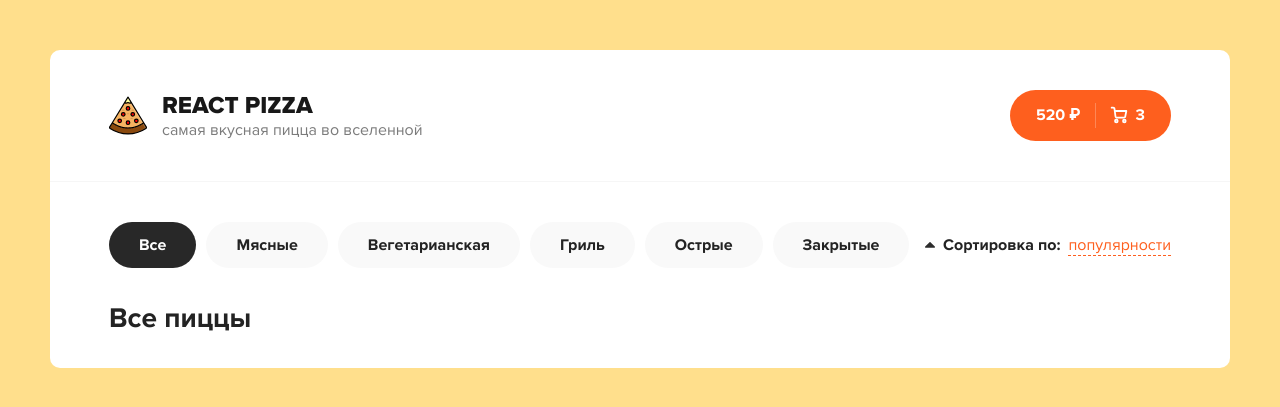
Repository: Danyil-man/online-pizzeria
Page: /
An editor plug-in stored every save of this project. The page is shown before and after a run of saves, followed by the edit.
The browser window is 1280 px wide. The pictures show the whole page.
The page's requests for data from a server got no answer. The project was rebuilt for these pictures with package versions that can differ from the ones it lists, and the page was loaded fresh each time. No one was signed in, and anything a server would have sent is missing. Also part of the build but not shown: src/pages/cart/Cart.tsx, src/components/pizzaItem/PizzaItem.tsx.

Above is the page before, as saved 2022-02-07 13:45:33.

### public/index.html
<!DOCTYPE html>
<html lang="en">

<head>
  <meta charset="utf-8" />
  <link rel="icon" href="%PUBLIC_URL%/favicon.ico" />
  <meta name="viewport" content="width=device-width, initial-scale=1" />
  <meta name="theme-color" content="#000000" />
  <meta name="description" content="Web site created using create-react-app" />
  <link rel="apple-touch-icon" href="%PUBLIC_URL%/logo192.png" />
  <!--
      manifest.json provides metadata used when your web app is installed on a
      user's mobile device or desktop. See https://developers.google.com/web/fundamentals/web-app-manifest/
    -->
  <link rel="manifest" href="%PUBLIC_URL%/manifest.json" />
  <!--
      Notice the use of %PUBLIC_URL% in the tags above.
      It will be replaced with the URL of the `public` folder during the build.
      Only files inside the `public` folder can be referenced from the HTML.

      Unlike "/favicon.ico" or "favicon.ico", "%PUBLIC_URL%/favicon.ico" will
      work correctly both with client-side routing and a non-root public URL.
      Learn how to configure a non-root public URL by running `npm run build`.
    -->
  <title>React Pizza</title>
</head>

<body>
  <noscript>You need to enable JavaScript to run this app.</noscript>
  <div id="root"></div>
  <!--
      This HTML file is a template.
      If you open it directly in the browser, you will see an empty page.

      You can add webfonts, meta tags, or analytics to this file.
      The build step will place the bundled scripts into the <body> tag.

      To begin the development, run `npm start` or `yarn start`.
      To create a production bundle, use `npm run build` or `yarn build`.
    -->
</body>

</html>

### src/index.tsx
import React from 'react';
import ReactDOM from 'react-dom';
import { Provider } from 'react-redux';
import App from './App';
import reportWebVitals from './reportWebVitals';
import './scss/app.scss'
import store from './store/reduxStore';

ReactDOM.render(
  <React.StrictMode>
    <Provider store={store}>
      <App />
    </Provider>
  </React.StrictMode>,
  document.getElementById('root')
);

reportWebVitals();

### src/App.tsx
import React from 'react';
import Routing from './routing';


const App = () => {
  return (
    <div className="wrapper">
      <div className="content">
        <Routing />
      </div>
    </div>
  );
}

export default App;

### src/scss/app.scss
@import "fonts";
@import "variables";
@import "libs/normalize";

@import "components/all";

body {
  background-color: $background;
}

.wrapper {
  width: calc(100vw - 100px);
  height: 100%;
  background-color: #fff;
  margin: 50px auto;
  border-radius: 10px;
  max-width: 1400px;
}

.content {
  &__title {
    margin: 35px 0;
  }

  &__items {
    display: flex;
    flex-wrap: wrap;
    justify-content: space-between;
  }

  &__top {
    display: flex;
    align-items: center;
    justify-content: space-between;
  }
}

.container {
  width: $container-width;
  margin: 0 auto;

  &--cart {
    max-width: 820px;
    margin: 90px auto;
    .content__title {
      margin: 0;
    }
  }
}

.cart {
  &__top {
    display: flex;
    justify-content: space-between;
    align-items: center;
  }

  .content__title {
    display: flex;
    align-items: center;
    font-size: 32px;

    svg {
      position: relative;
      top: -2px;
      width: 30px;
      height: 30px;
      margin-right: 10px;
      path {
        stroke: $black;
        stroke-width: 1.9;
      }
    }
  }

  &__clear {
    display: flex;
    align-items: center;
    cursor: pointer;
    @include noselect();

    span {
      display: inline-block;
      margin-left: 7px;
      color: #b6b6b6;
      font-size: 18px;
    }

    span,
    svg,
    path {
      transition: all $duration ease-in-out;
    }

    &:hover {
      svg {
        path {
          stroke: darken($color: #b6b6b6, $amount: 50);
        }
      }
      span {
        color: darken($color: #b6b6b6, $amount: 50);
      }
    }
  }

  &__item {
    display: flex;
    width: 100%;
    border-top: 1px solid $gray-line;
    padding-top: 30px;
    margin-top: 30px;

    &-img {
      display: flex;
      align-items: center;
      margin-right: 15px;
      width: 10%;

      img {
        width: 80px;
        height: 80px;
      }
    }

    &-info {
      display: flex;
      flex-direction: column;
      justify-content: center;
      width: 40%;

      h3 {
        font-weight: bold;
        font-size: 22px;
        line-height: 27px;
        letter-spacing: 0.01em;
      }

      p {
        font-size: 18px;
        color: #8d8d8d;
      }
    }

    &-count {
      display: flex;
      align-items: center;
      justify-content: space-between;
      width: 13%;

      &-minus {
        svg {
          path:first-of-type {
            display: none;
          }
        }
      }

      b {
        font-size: 22px;
      }
    }

    &-price {
      display: flex;
      align-items: center;
      justify-content: center;
      width: 33%;

      b {
        font-weight: bold;
        font-size: 22px;
        letter-spacing: 0.01em;
      }
    }

    &-remove {
      display: flex;
      align-items: center;
      justify-content: flex-end;
      width: 4%;

      .button {
        border-color: darken($color: $gray-line, $amount: 10);
      }

      svg {
        transform: rotate(45deg);

        path {
          fill: darken($color: $gray-line, $amount: 15);
        }
      }

      .button {
        svg {
          width: 11.5px;
          height: 11.5px;
          position: relative;
        }
        &:hover,
        &:active {
          border-color: darken($color: $gray-line, $amount: 80);
          background-color: darken($color: $gray-line, $amount: 80);
        }
      }
    }
  }

  &__bottom {
    margin: 50px 0;

    &-details {
      display: flex;
      justify-content: space-between;

      span {
        font-size: 22px;

        &:last-of-type {
          b {
            color: $orange;
          }
        }
      }
    }

    &-buttons {
      display: flex;
      justify-content: space-between;
      margin-top: 40px;

      .go-back-btn {
        display: flex;
        align-items: center;
        justify-content: center;
        width: 210px;

        border-color: darken($color: $gray-line, $amount: 10);

        span {
          color: darken($color: $gray-line, $amount: 20);
          font-weight: 500;
          font-weight: 600;
        }

        &:hover {
          background-color: darken($color: $gray-line, $amount: 90);
          border-color: darken($color: $gray-line, $amount: 90);

          span {
            color: $gray-line;
          }
        }

        svg {
          margin-right: 12px;
          path {
            fill: transparent;
            stroke-width: 2;
          }
        }
      }

      .pay-btn {
        font-size: 16px;
        font-weight: 600;
        width: 210px;
        padding: 16px;
      }
    }
  }

  &--empty {
    margin: 0 auto;
    width: 560px;
    text-align: center;

    h2 {
      font-size: 32px;
      margin-bottom: 10px;
    }

    p {
      font-size: 18px;
      line-height: 145.4%;
      letter-spacing: 0.01em;
      color: #777777;
    }

    icon {
      position: relative;
      top: 2px;
    }

    img {
      display: block;
      width: 300px;
      margin: 45px auto 60px;
    }

    .button--black {
      padding: 12px 0 14px;
      width: 230px;
      margin: 0 auto;
      font-weight: 600;
      font-size: 18px;
    }
  }
}

### src/store/reduxStore.ts
import { combineReducers, createStore } from "redux";


const reducerPack = combineReducers({

})

type reducerPackType = typeof reducerPack


const store = createStore(reducerPack)

export type AppStateType = ReturnType<reducerPackType>
export type InfernActions<T> = T extends { [key: string]: (...args: any[]) => infer U } ? U : never

export default store

### src/routing/index.tsx
import React from "react";
import { BrowserRouter, Route, Switch } from 'react-router-dom'
import Header from "../components/header/Header";
import Cart from "../pages/cart/Cart";
import Home from "../pages/home/Home";

const Routing = () => {
    return (
        <BrowserRouter >
            <Header />
            <Switch>
                <Route exact path='/' component={Home} />
                <Route exact path='/cart' component={Cart} />
            </Switch>
        </BrowserRouter>
    )
}

export default Routing

### src/scss/_fonts.scss
@font-face {
  font-family: "Proxima Nova";
  src: url("./fonts/ProximaNova-Black.eot");
  src: local("./fonts/Proxima Nova Black"), local("ProximaNova-Black"),
    url("./fonts/ProximaNova-Black.eot?#iefix") format("embedded-opentype"),
    url("./fonts/ProximaNova-Black.woff") format("woff"),
    url("./fonts/ProximaNova-Black.ttf") format("truetype");
  font-weight: 900;
  font-style: normal;
}

@font-face {
  font-family: "Proxima Nova";
  src: url("./fonts/ProximaNova-Bold.eot");
  src: local("./fonts/Proxima Nova Bold"), local("ProximaNova-Bold"),
    url("./fonts/ProximaNova-Bold.eot?#iefix") format("embedded-opentype"),
    url("./fonts/ProximaNova-Bold.woff") format("woff"),
    url("./fonts/ProximaNova-Bold.ttf") format("truetype");
  font-weight: bold;
  font-style: normal;
}

@font-face {
  font-family: "Proxima Nova";
  src: url("./fonts/ProximaNova-Regular.eot");
  src: local("./fonts/Proxima Nova Regular"), local("ProximaNova-Regular"),
    url("./fonts/ProximaNova-Regular.eot?#iefix") format("embedded-opentype"),
    url("./fonts/ProximaNova-Regular.woff") format("woff"),
    url("./fonts/ProximaNova-Regular.ttf") format("truetype");
  font-weight: normal;
  font-style: normal;
}

@font-face {
  font-family: "Proxima Nova";
  src: url("./fonts/ProximaNova-Extrabld.eot");
  src: local("./fonts/Proxima Nova Extrabold"), local("ProximaNova-Extrabld"),
    url("./fonts/ProximaNova-Extrabld.eot?#iefix") format("embedded-opentype"),
    url("./fonts/ProximaNova-Extrabld.woff") format("woff"),
    url("./fonts/ProximaNova-Extrabld.ttf") format("truetype");
  font-weight: 800;
  font-style: normal;
}

### src/scss/components/_header.scss
@import "../variables";

.header {
  border-bottom: 1px solid $gray-line;
  padding: 40px 0;
  margin-bottom: 40px;

  .container {
    display: flex;
    align-items: center;
    justify-content: space-between;
  }

  &__logo {
    display: flex;

    img {
      margin-right: 15px;
    }

    h1 {
      color: #181818;
      font-size: 24px;
      letter-spacing: 1%;
      text-transform: uppercase;
      font-weight: 800;
    }

    p {
      color: #7b7b7b;
    }
  }
}

### src/scss/components/_button.scss
@import "../variables";

.button {
  display: inline-block;
  background-color: $orange;
  border-radius: 30px;
  padding: 10px 20px;
  min-width: 100px;
  text-align: center;
  cursor: pointer;
  transition: background-color $duration ease-in-out,
    border-color $duration ease-in-out;
  border: 1px solid transparent;
  @include noselect();

  &,
  span {
    color: #fff;
  }

  i,
  span,
  path,
  svg {
    transition: all $duration ease-in-out;
  }

  &:hover {
    background-color: darken($orange, 8%);
  }

  &:active {
    background-color: darken($orange, 12%);
    transform: translateY(1px);
  }

  &--circle {
    display: flex;
    align-items: center;
    justify-content: center;
    width: 32px;
    height: 32px;
    min-width: 32px;
    padding: 0;
    border-width: 2px;
  }

  &--black {
    background-color: $black;

    &:hover,
    &:active {
      background-color: lighten($color: $black, $amount: 10);
    }
  }

  &--outline {
    background-color: #fff;
    border-color: $orange;
    &,
    span {
      color: $orange;
    }

    svg {
      path {
        fill: $orange;
      }
    }

    &:hover {
      background-color: $orange;

      &,
      span {
        color: #fff;
      }

      svg {
        path {
          fill: #fff;
        }
      }
    }

    &:active {
      background-color: darken($orange, 8%);
    }
  }

  &__delimiter {
    width: 1px;
    height: 25px;
    background-color: rgba(255, 255, 255, 0.25);
    margin-left: 14px;
    margin-right: 14px;
  }

  &--add {
    svg {
      margin-right: 2px;
    }

    span {
      font-weight: 600;
      font-size: 16px;
    }

    &:hover {
      i {
        background-color: #fff;
        color: $orange;
      }
    }

    i {
      display: inline-block;
      border-radius: 30px;
      background-color: $orange;
      color: #fff;
      font-weight: 600;
      width: 22px;
      height: 22px;
      font-style: normal;
      font-size: 13px;
      line-height: 22px;
      position: relative;
      top: -1px;
      left: 3px;
    }
  }

  &--cart {
    display: flex;
    align-items: center;
    line-height: 23px;
    padding: 12px 25px;

    svg {
      margin-right: 8px;
      margin-bottom: 1px;
    }

    span {
      font-weight: 600;
      font-size: 16px;
    }
  }
}

### src/scss/components/_sort.scss
@import "../variables";

.sort {
  position: relative;
  &__label {
    display: flex;
    align-items: center;

    svg {
      margin-right: 8px;
    }

    b {
      margin-right: 8px;
    }

    span {
      color: $orange;
      border-bottom: 1px dashed $orange;
      cursor: pointer;
    }
  }

  &__popup {
    position: absolute;
    right: 0;
    margin-top: 15px;
    background: #ffffff;
    box-shadow: 0px 5px 15px rgba(0, 0, 0, 0.09);
    border-radius: 10px;
    overflow: hidden;
    padding: 10px 0;
    width: 160px;

    ul {
      overflow: hidden;
      li {
        padding: 12px 20px;
        cursor: pointer;

        &.active,
        &:hover {
          background: rgba(254, 95, 30, 0.05);
        }

        &.active {
          font-weight: bold;
          color: $orange;
        }
      }
    }
  }
}

### src/scss/components/_pizza-block.scss
@import "../variables";

.pizza-block {
  width: 280px;
  text-align: center;
  margin-bottom: 65px;

  &:not(:nth-of-type(4n)) {
    margin-right: 35px;
  }

  &__image {
    width: 260px;
  }

  &__title {
    font-size: 20px;
    font-weight: 900;
    letter-spacing: 1%;
    margin-bottom: 20px;
  }

  &__selector {
    display: flex;
    background-color: #f3f3f3;
    border-radius: 10px;
    flex-direction: column;
    padding: 6px;

    ul {
      display: flex;
      flex: 1;

      &:first-of-type {
        margin-bottom: 6px;
      }

      li {
        padding: 8px;
        flex: 1;
        cursor: pointer;
        font-weight: 600;
        font-size: 14px;
        @include noselect();
        &.active {
          background: #ffffff;
          box-shadow: 0px 2px 4px rgba(0, 0, 0, 0.04);
          border-radius: 5px;
          cursor: auto;
        }
        &.disabled {
          opacity: 0.4;
          pointer-events: none;
        }
      }
    }
  }

  &__bottom {
    display: flex;
    align-items: center;
    justify-content: space-between;
    margin-top: 20px;
  }

  &__price {
    font-weight: bold;
    font-size: 22px;
    line-height: 27px;
    letter-spacing: 0.015em;
  }
}

### src/components/header/Header.tsx
import React from "react";
import { Link } from "react-router-dom";
import logo from '../../assets/img/pizza-logo.svg'
import Button from "../button/Button";

const Header = () => {
    return (
        <div className="header">
            <div className="container">
                <Link to='/'>
                    <div className="header__logo">
                        <img width="38" src={logo} alt="Pizza logo" />
                        <div>
                            <h1>React Pizza</h1>
                            <p>самая вкусная пицца во вселенной</p>
                        </div>
                    </div>
                </Link>

                <Link to='/cart'>
                    <div className="header__cart">
                        <Button />
                    </div>
                </Link>

            </div>
        </div>
    )
}

export default Header

### src/pages/home/Home.tsx
import axios from "axios";
import React, { useEffect, useState } from "react";
import Categories from "../../components/categories/Categories";
import PizzaItem from "../../components/pizzaItem/PizzaItem";
import Sort from "../../components/sortPopUp/Sort";

const Home = () => {
    const [pizzaItems, setPizzaItems] = useState<Array<PizzaType>>([])
    useEffect(() => {
        async function FetchData() {
            const response = await axios.get('http://localhost:3000/db.json')
            setPizzaItems(response.data)
        }
        FetchData()
    }, [])
    return (
        <div className="container">
            <div className="content__top">
                <Categories items={['Мясные', 'Вегетарианская', 'Гриль', 'Острые', 'Закрытые']} />
                <Sort items={['популярности', 'цене', 'алфавиту']} />
            </div>
            <h2 className="content__title">Все пиццы</h2>
            <div className="content__items">
                {pizzaItems.map(pizza => <PizzaItem key={pizza.id} pizza={pizza} />)}
            </div>
        </div>
    )
}

export type PizzaType = {
    id: number,
    imageUrl: string,
    name: string,
    types: Array<number>,
    sizes: Array<number>,
    price: number,
    category: number,
    rating: number
}
export default Home;

### src/components/button/Button.tsx
import React from "react";



const Button = () => {
    return (
        <div className="button button--cart">
            <span>520 ₽</span>
            <div className="button__delimiter"></div>
            <svg
                width="18"
                height="18"
                viewBox="0 0 18 18"
                fill="none"
                xmlns="http://www.w3.org/2000/svg"
            >
                <path
                    d="M6.33333 16.3333C7.06971 16.3333 7.66667 15.7364 7.66667 15C7.66667 14.2636 7.06971 13.6667 6.33333 13.6667C5.59695 13.6667 5 14.2636 5 15C5 15.7364 5.59695 16.3333 6.33333 16.3333Z"
                    stroke="white"
                    strokeWidth="1.8"
                    stroke-linecap="round"
                    stroke-linejoin="round"
                />
                <path
                    d="M14.3333 16.3333C15.0697 16.3333 15.6667 15.7364 15.6667 15C15.6667 14.2636 15.0697 13.6667 14.3333 13.6667C13.597 13.6667 13 14.2636 13 15C13 15.7364 13.597 16.3333 14.3333 16.3333Z"
                    stroke="white"
                    strokeWidth="1.8"
                    stroke-linecap="round"
                    stroke-linejoin="round"
                />
                <path
                    d="M4.78002 4.99999H16.3334L15.2134 10.5933C15.1524 10.9003 14.9854 11.176 14.7417 11.3722C14.4979 11.5684 14.1929 11.6727 13.88 11.6667H6.83335C6.50781 11.6694 6.1925 11.553 5.94689 11.3393C5.70128 11.1256 5.54233 10.8295 5.50002 10.5067L4.48669 2.82666C4.44466 2.50615 4.28764 2.21182 4.04482 1.99844C3.80201 1.78505 3.48994 1.66715 3.16669 1.66666H1.66669"
                    stroke="white"
                    strokeWidth="1.8"
                    stroke-linecap="round"
                    stroke-linejoin="round"
                />
            </svg>
            <span>3</span>
        </div>
    )
}

export default Button

### src/components/categories/Categories.tsx
import React, { FC, useState } from "react";

type CategoriesType = {
    items: Array<string>
}

const Categories: FC<CategoriesType> = ({ items }) => {
    const [activeItem, setActiveItem] = useState('')

    return (
        <div className="categories">
            <ul>
                <li className={activeItem === '' ? 'active' : ''}
                    onClick={() => setActiveItem('')}
                >Все</li>
                {items && items.map(item =>
                    <li onClick={() => setActiveItem(item)}
                        className={activeItem === item ? 'active' : ''}
                        key={item} >{item}</li>)}
            </ul>
        </div>
    )
}

export default Categories;

### src/components/sortPopUp/Sort.tsx
import React, { FC, useEffect, useRef, useState } from "react";

type Categories = {
    name: string,
    type: string
}

type SortType = {
    items: Array<Categories>
}

const Sort: FC<SortType> = ({ items }) => {
    const [sort, setSort] = useState(false)
    const [activeItem, setActiveItem] = useState(items[0])
    const sortRef = useRef<any>()

    const showList = () => {
        setSort(!sort)
    }

    const handleOutSide = (e: any) => {
        if (!e.path.includes(sortRef.current)) {
            setSort(false)
        }
    }

    const onSelectItem = (name: string) => {
        setActiveItem(name)
        setSort(false)
    }

    useEffect(() => {
        document.body.addEventListener('click', handleOutSide)
    }, [])

    return (
        <div ref={sortRef} className="sort">
            <div className="sort__label">
                <svg
                    width="10"
                    height="6"
                    viewBox="0 0 10 6"
                    fill="none"
                    xmlns="http://www.w3.org/2000/svg"
                >
                    <path
                        d="M10 5C10 5.16927 9.93815 5.31576 9.81445 5.43945C9.69075 5.56315 9.54427 5.625 9.375 5.625H0.625C0.455729 5.625 0.309245 5.56315 0.185547 5.43945C0.061849 5.31576 0 5.16927 0 5C0 4.83073 0.061849 4.68424 0.185547 4.56055L4.56055 0.185547C4.68424 0.061849 4.83073 0 5 0C5.16927 0 5.31576 0.061849 5.43945 0.185547L9.81445 4.56055C9.93815 4.68424 10 4.83073 10 5Z"
                        fill="#2C2C2C"
                    />
                </svg>
                <b>Сортировка по:</b>
                <span onClick={showList} >{activeItem}</span>
            </div>
            {sort && <div className="sort__popup">
                <ul>
                    {
                        items.map(item =>
                            <li key={item}
                                onClick={() => onSelectItem(item)}
                                className={activeItem === item ? 'active' : ''}
                            >
                                {item}
                            </li>)
                    }
                </ul>
            </div>
            }

        </div>
    )
}
export default Sort

Loaded but not shown: src/reportWebVitals.ts (common file); src/scss/_variables.scss (common file); src/scss/libs/_normalize.scss (common file); src/scss/components/_all.scss (common file); src/scss/components/_categories.scss (common file)

After the next 4 saves:
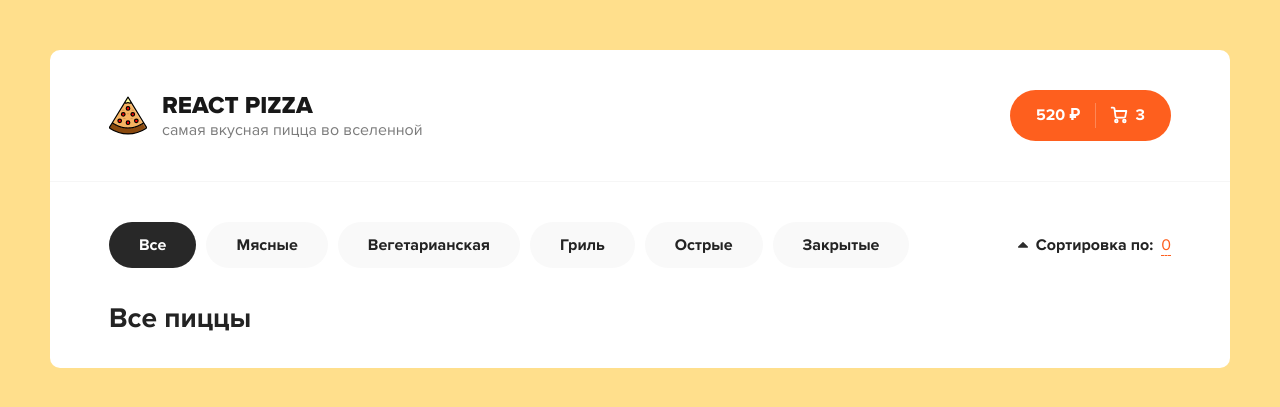
The 4 saves are shown as one change because 3 did not build or start.
The last was saved 5 min 43 s later.
--- a/src/pages/home/Home.tsx
+++ b/src/pages/home/Home.tsx
@@ -17,7 +17,11 @@ const Home = () => {
         <div className="container">
             <div className="content__top">
                 <Categories items={['Мясные', 'Вегетарианская', 'Гриль', 'Острые', 'Закрытые']} />
-                <Sort items={['популярности', 'цене', 'алфавиту']} />
+                <Sort items={[
+                    { name: 'popular', type: 'popular' },
+                    { name: 'price', type: 'price' },
+                    { name: 'alphabet', type: 'alphabet' }
+                ]} />
             </div>
             <h2 className="content__title">Все пиццы</h2>
             <div className="content__items">
--- a/src/components/sortPopUp/Sort.tsx
+++ b/src/components/sortPopUp/Sort.tsx
@@ -11,7 +11,7 @@ type SortType = {
 
 const Sort: FC<SortType> = ({ items }) => {
     const [sort, setSort] = useState(false)
-    const [activeItem, setActiveItem] = useState(items[0])
+    const [activeItem, setActiveItem] = useState(0)
     const sortRef = useRef<any>()
 
     const showList = () => {
@@ -24,8 +24,8 @@ const Sort: FC<SortType> = ({ items }) => {
         }
     }
 
-    const onSelectItem = (name: string) => {
-        setActiveItem(name)
+    const onSelectItem = (index: number) => {
+        setActiveItem(index)
         setSort(false)
     }
 
@@ -54,12 +54,12 @@ const Sort: FC<SortType> = ({ items }) => {
             {sort && <div className="sort__popup">
                 <ul>
                     {
-                        items.map(item =>
-                            <li key={item}
-                                onClick={() => onSelectItem(item)}
+                        items.map((item, index) =>
+                            <li key={item.type}
+                                onClick={() => onSelectItem(index)}
                                 className={activeItem === item ? 'active' : ''}
                             >
-                                {item}
+                                {item.name}
                             </li>)
                     }
                 </ul>
